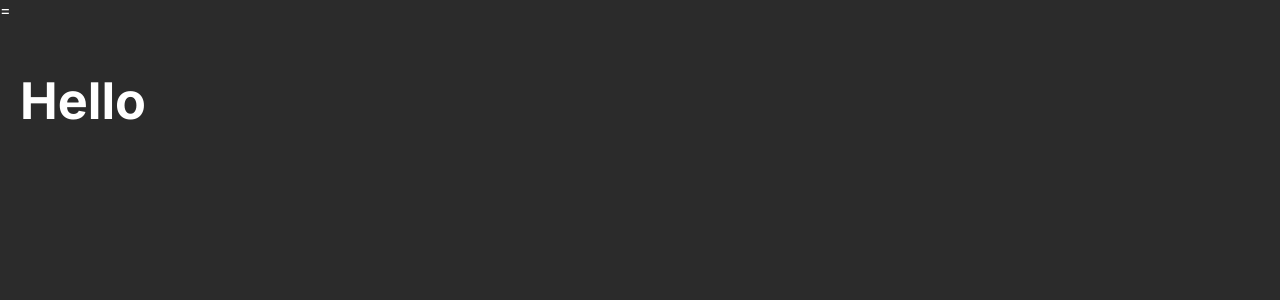
Repository: devhabeeblateef/tictactoe
Page: /
These files come from the project's save history. The page is drawn as it stood at one moment and after the next save; the edit follows.
The browser window is 1280 px wide. The pictures show the whole page.
The project was rebuilt for these pictures with package versions that can differ from the ones it lists, and the page was loaded fresh each time. Also part of the build but not shown: src/App.css.

Above is the page before, as saved 2022-06-17 01:00:44.

After the next save:
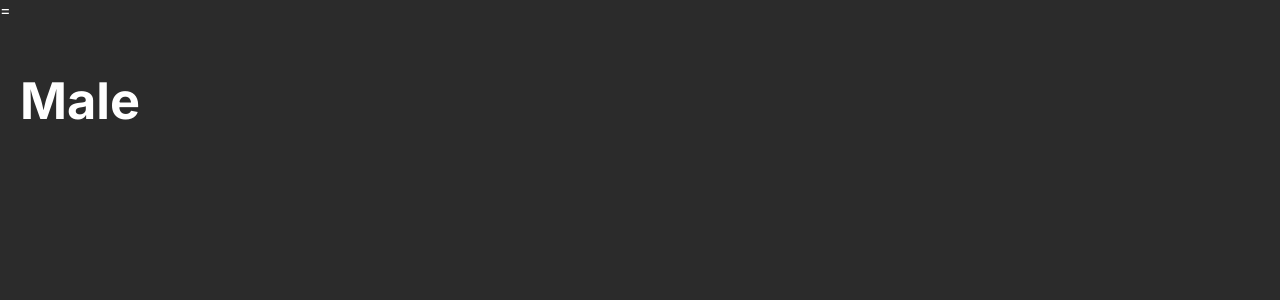
Saved 5 s later.
--- a/src/Form.js
+++ b/src/Form.js
@@ -5,7 +5,7 @@ function Form() {
   return (
     <div>
         =<h1 className={classes.home__header}>
-            Hello
+            Male
         </h1>
     </div>
   )
